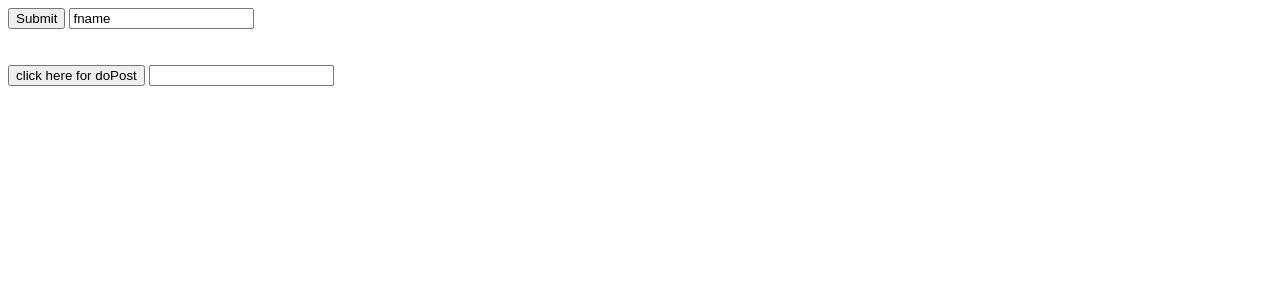
Repository: PraveenRai13/Servlet-Practice-Set
Page: MyfirstWebProject/src/main/webapp/index.html
These files come from the project's save history. The page is drawn as it stood at one moment and after the next save; the edit follows.
The browser window is 1280 px wide. The pictures show the whole page.

Above is the page before, as saved 2022-09-05 07:23:40.

After the next save:
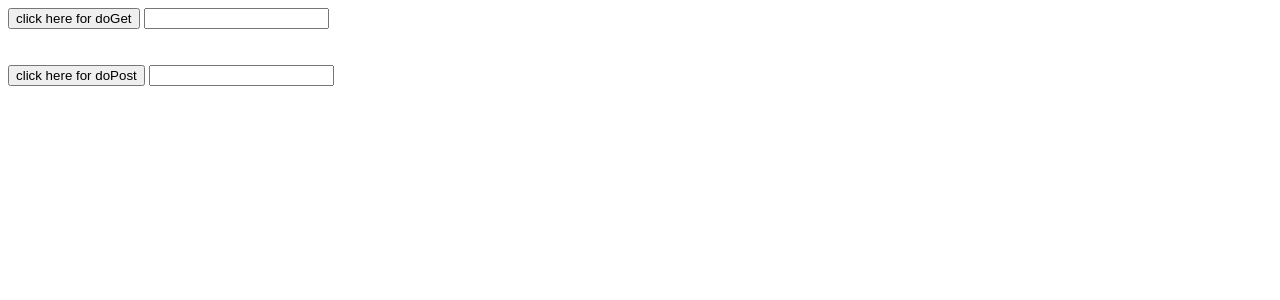
Saved 16 s later.
--- a/MyfirstWebProject/src/main/webapp/index.html
+++ b/MyfirstWebProject/src/main/webapp/index.html
@@ -6,8 +6,8 @@
 </head>
 <body>
 <form action="myServlet" method="get">
-<input type="submit" name="click here for doGet">
-<input type="text" value="fname"/>
+<input type="submit" value="click here for doGet">
+<input type="text" name="fname"/>
 </form>
 <br/>
 <br/>
